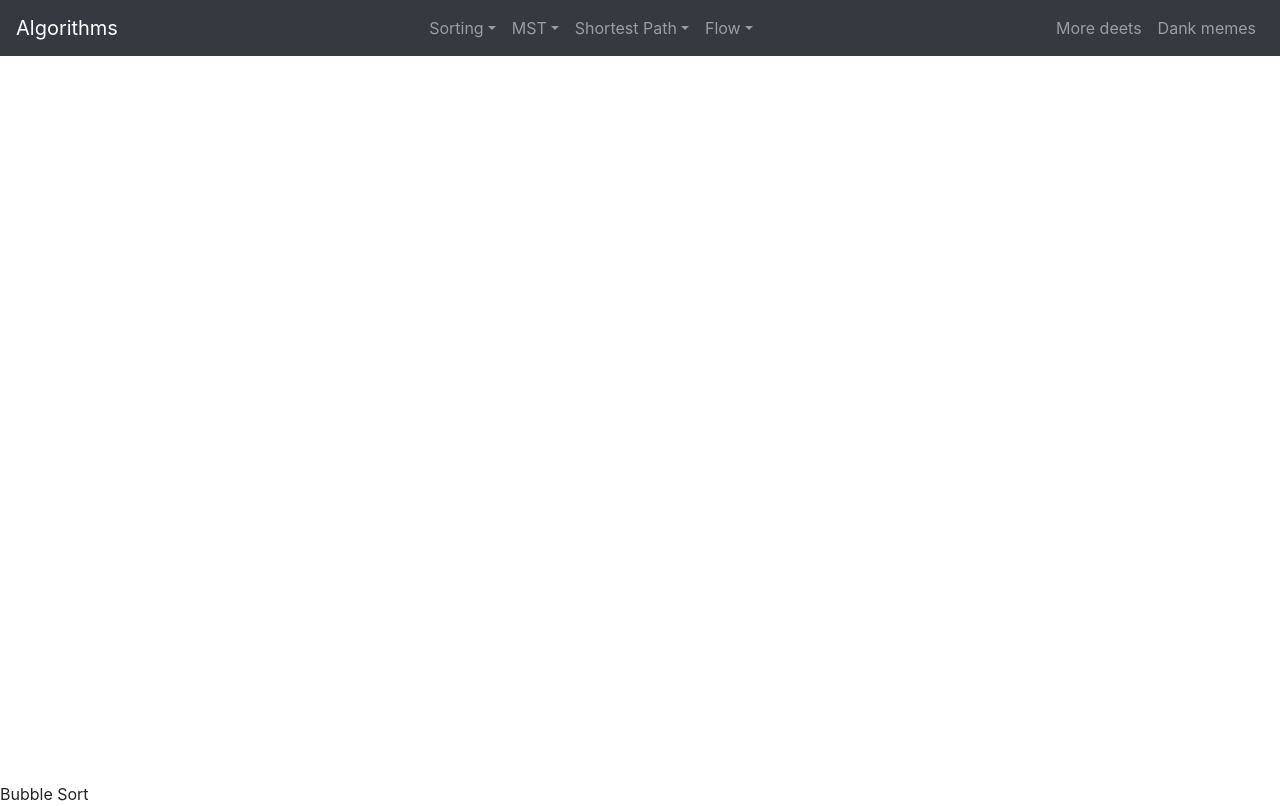
Repository: dkasima1/Algorithm-Visualizations
Page: /Sorting/Bubble_Sort
These files come from the project's save history. The page is drawn as it stood at one moment and after the next save; the edit follows.
The browser window is 1280 px wide. The pictures show the whole page.
The project was rebuilt for these pictures with package versions that can differ from the ones it lists, and the page was loaded fresh each time.

Above is the page before, as saved 2020-06-29 23:02:39.

### src/App.js
import React from 'react';
import { BrowserRouter as Router, Route, Switch } from 'react-router-dom';
import NavigationBar from './components/NavigationBar'
import 'bootstrap/dist/css/bootstrap.min.css';
import Bubble_Sort from "./components/Sorting/Bubble_Sort"
import BarGraph from "./components/BarGraph"

function App() {
  return (
    <React.Fragment>
      <Router>
        <NavigationBar />
        <BarGraph />
        <Switch>
          <Route path="/Sorting/Bubble_Sort" component={ Bubble_Sort } />
        </Switch>
      </Router>
    </React.Fragment>
  );
}

export default App;

### src/components/NavigationBar.js
import React from 'react';
import { Navbar, Nav, NavDropdown} from 'react-bootstrap';
import { Link } from 'react-router-dom'

function NavigationBar() {
    return (
        <div>
            <Navbar collapseOnSelect expand="lg" bg="dark" variant="dark">
                <Navbar.Brand href="#home">Algorithms</Navbar.Brand>
                <Navbar.Toggle aria-controls="responsive-navbar-nav" />
                <Navbar.Collapse id="responsive-navbar-nav">
                    <Nav className="m-auto">
                    <NavDropdown title="Sorting" id="collasible-nav-dropdown">
                        <NavDropdown.Item as={Link} to="/Sorting/Bubble_Sort">Bubble Sort</NavDropdown.Item>
                        <NavDropdown.Item  as={Link} to="/Sorting/Selection_Sort">Selection Sort</NavDropdown.Item>
                        <NavDropdown.Item  as={Link} to="/Sorting/Insertion_Sort">Insertion Sort</NavDropdown.Item>
                        <NavDropdown.Divider />
                        <NavDropdown.Item  as={Link} to="/Sorting/Merge_Sort">Merge Sort</NavDropdown.Item>
                        <NavDropdown.Item  as={Link} to="/Quick_Sort">Quick Sort</NavDropdown.Item>
                    </NavDropdown>
                    <NavDropdown title="MST" id="collasible-nav-dropdown">
                        <NavDropdown.Item  as={Link} to="/MST/Prims">Prim's Algorithm</NavDropdown.Item>
                        <NavDropdown.Item  as={Link} to="/MST/Kruskals">Kruskal's Algorithm</NavDropdown.Item>
                    </NavDropdown>
                    <NavDropdown title="Shortest Path" id="collasible-nav-dropdown">
                        <NavDropdown.Item  as={Link} to="/Shortest_Path/Dijkstra's">Dijkstra's</NavDropdown.Item>
                    </NavDropdown>
                    <NavDropdown title="Flow" id="collasible-nav-dropdown">
                        <NavDropdown.Item  as={Link} to="/Flow/Ford_Fulkurson">Ford Fulkurson</NavDropdown.Item>
                    </NavDropdown>
                    </Nav>
                    <Nav>
                    <Nav.Link href="#deets">More deets</Nav.Link>
                    <Nav.Link eventKey={2} href="#memes">
                        Dank memes
                    </Nav.Link>
                    </Nav>
                </Navbar.Collapse>
            </Navbar>
        </div>
    )
}

export default NavigationBar;

### src/components/Sorting/Bubble_Sort.js
import React from 'react';

const Bubble_sort = (props) => (<div>Bubble Sort</div>)

export default Bubble_sort;

### src/components/BarGraph.js
import React from "react";

class BarGraph extends React.Component {

    render() {

        let canvas = document.createElement("CANVAS");
        let ctx = canvas.getContext("2d");
        ctx.fillStyle = "red"
        ctx.fillRect(0,0,100,100);
        return (
            <canvas id={canvas} height="720" width="1080" />
        )
    }

    // draw() {

    // }
}

export default BarGraph;

Loaded but not shown: public/index.html (common file); src/index.js (common file); src/index.css (common file); src/serviceWorker.js (common file)

After the next save:
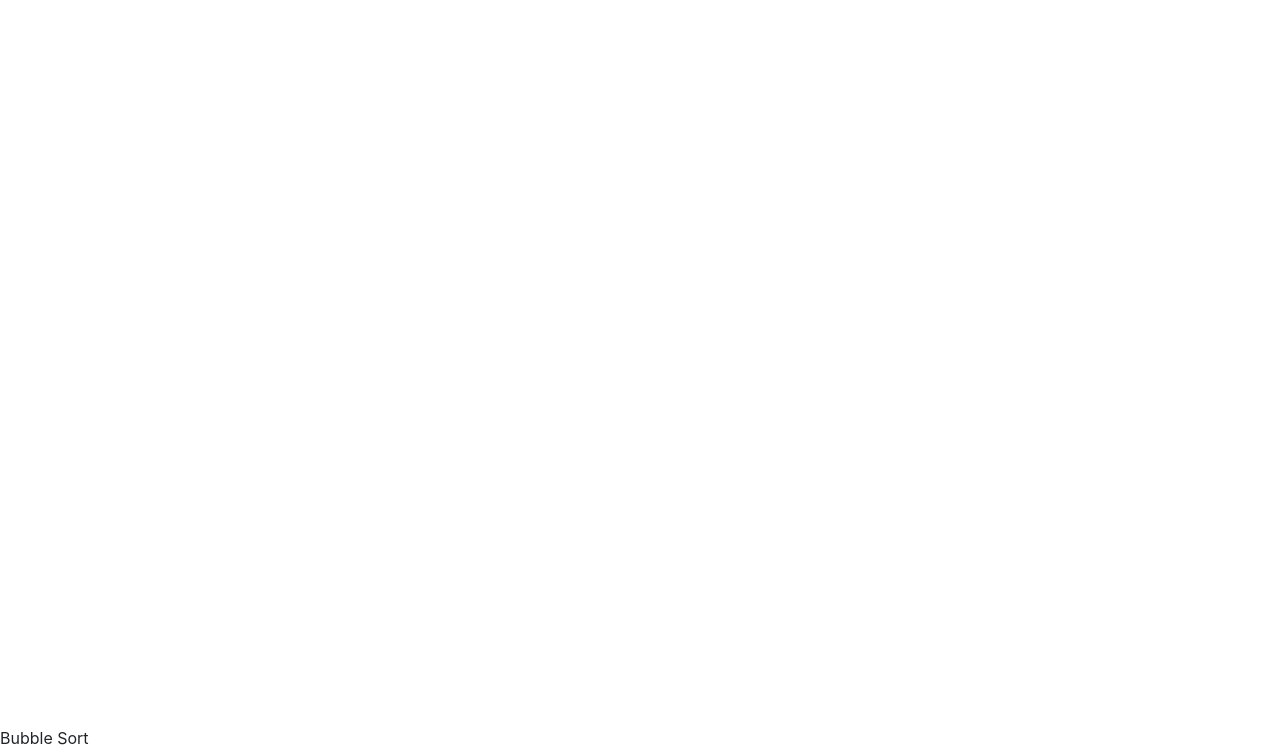
Saved 26 s later.
--- a/src/App.js
+++ b/src/App.js
@@ -9,7 +9,7 @@
   return (
     <React.Fragment>
       <Router>
-        <NavigationBar />
+        {/* <NavigationBar /> */}
         <BarGraph />
         <Switch>
           <Route path="/Sorting/Bubble_Sort" component={ Bubble_Sort } />

After the save that followed:
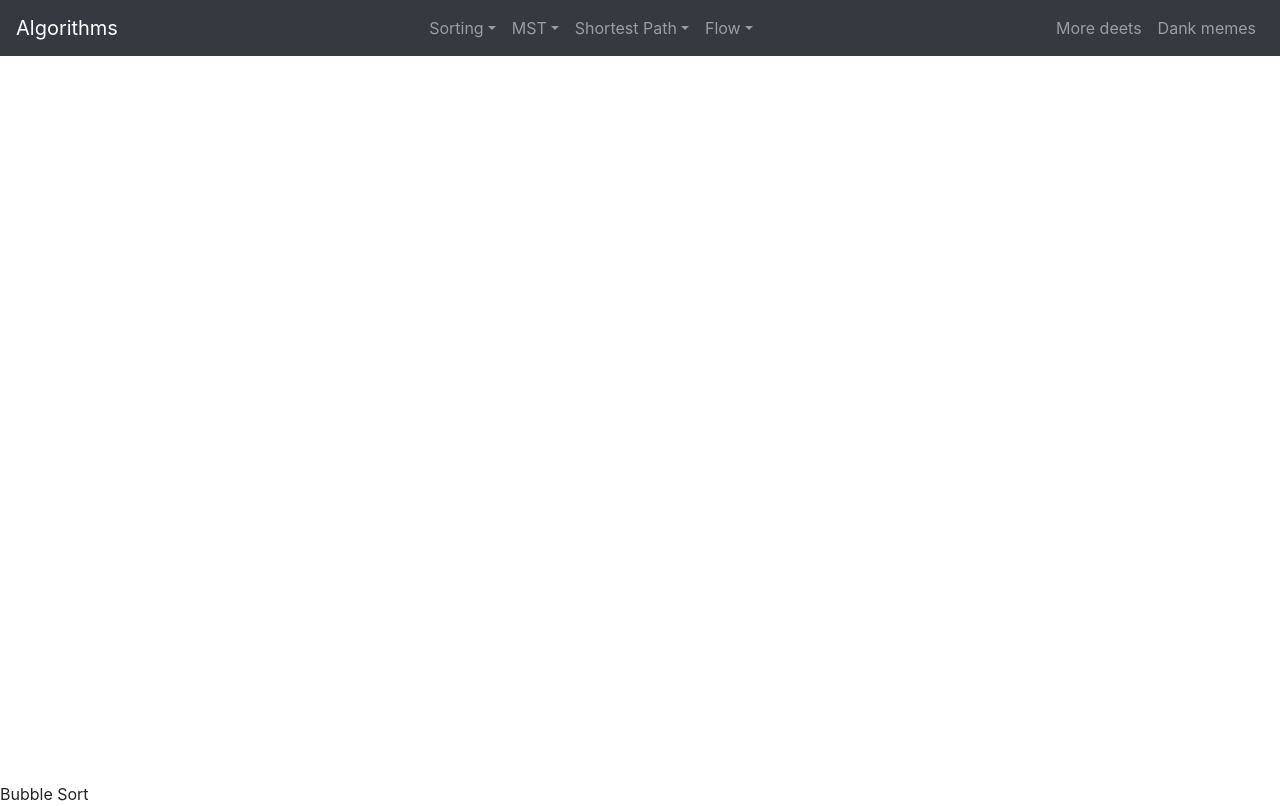
Saved 10 s later.
--- a/src/App.js
+++ b/src/App.js
@@ -9,7 +9,7 @@
   return (
     <React.Fragment>
       <Router>
-        {/* <NavigationBar /> */}
+        <NavigationBar />
         <BarGraph />
         <Switch>
           <Route path="/Sorting/Bubble_Sort" component={ Bubble_Sort } />
